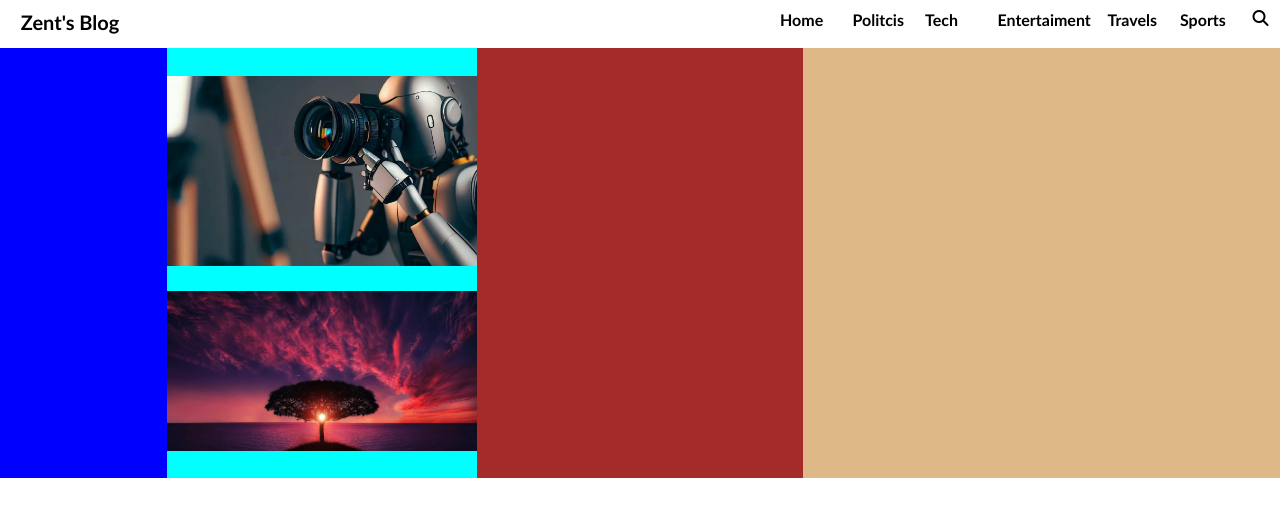
Repository: giacatdat2k5/html3
Page: html3.vs/7.1.html
These files come from the project's save history. The page is drawn as it stood at one moment and after the next save; the edit follows.
The browser window is 1280 px wide. The pictures show the whole page.

Above is the page before, as saved 2023-09-27 13:46:25.

After the next save:
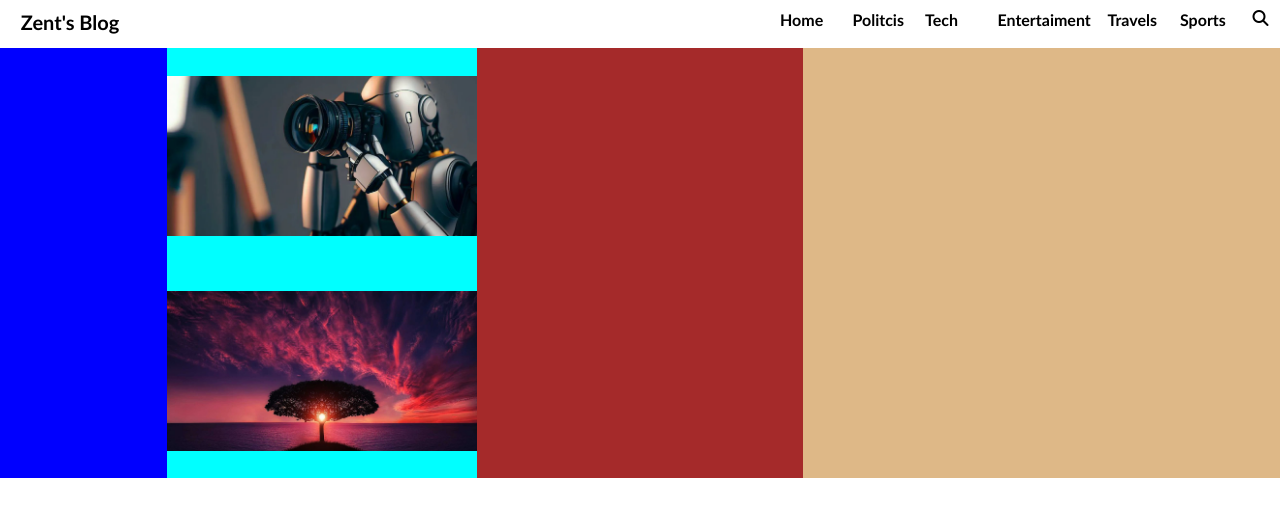
Saved 4 s later.
--- a/html3.vs/7.1.html
+++ b/html3.vs/7.1.html
@@ -23,9 +23,7 @@
     <div id="content">
         <div class="left">
             <div class="imageleft">
-                <div class="iamge1">
-                    <img src="anh1.webp"  width="338" heght="150">
-                </div>
+                <div class="iamge1"></div>
                 <div class="iamge2"></div>
             </div>
         </div>
